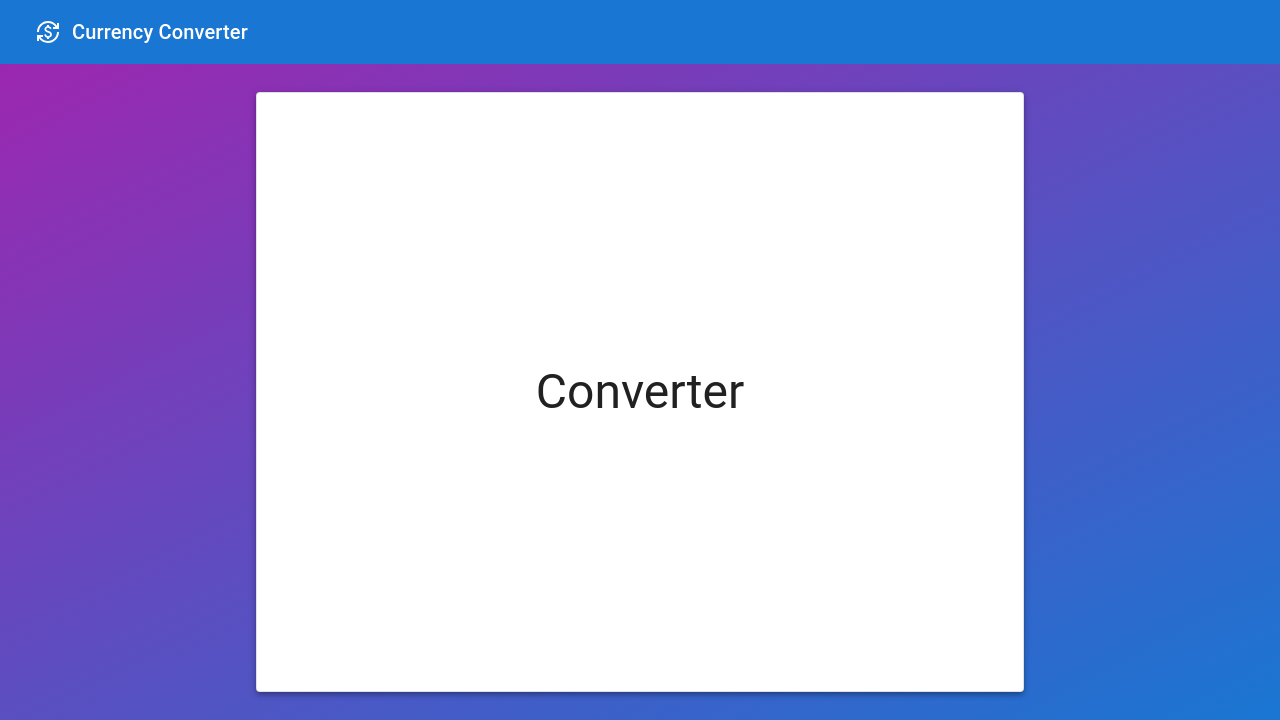
Repository: rutsguifd/currency-converter
Page: /
The author's editor kept a copy of each file at every save. The page is drawn from the files as they stood at one save, then again after the next save.
The browser window is 1280 px wide. The pictures show the whole page.
The project was rebuilt for these pictures with package versions that can differ from the ones it lists, and the page was loaded fresh each time. Also part of the build but not shown: src/components/ErrorBoundary.jsx.

Above is the page before, as saved 2023-03-27 23:46:46.

### src/index.js
import { CssBaseline } from "@mui/material";
import React from "react";
import ReactDOM from "react-dom/client";
import { Provider } from "react-redux";
import { BrowserRouter } from "react-router-dom";
import App from "./App";
import { setupStore } from "./store";

const store = setupStore();

const root = ReactDOM.createRoot(document.getElementById("root"));
root.render(
  <Provider store={store}>
    <BrowserRouter>
      <CssBaseline>
        <App />
      </CssBaseline>
    </BrowserRouter>
  </Provider>
);

### src/App.js
import AppRouter from "./router/AppRouter";

function App() {
  return (
    <>
      <AppRouter />
    </>
  );
}

export default App;

### src/store/index.js
import { combineReducers, configureStore } from "@reduxjs/toolkit";
import { ConverterAPI } from "./ConverterService";

const rootReducer = combineReducers({
  [ConverterAPI.reducerPath]: ConverterAPI.reducer,
});

export const setupStore = () => {
  return configureStore({
    reducer: rootReducer,
    middleware: (getDefaultMiddleware) =>
      getDefaultMiddleware().concat(ConverterAPI.middleware),
  });
};

### src/router/AppRouter.jsx
import React from "react";
import { Route, Routes } from "react-router-dom";
import ErrorBoundary from "../components/ErrorBoundary";
import HomePage from "../pages/HomePage";

const AppRouter = () => {
  return (
    <Routes>
      <Route path="/" element={<HomePage />} />
      <Route path="/error" element={<ErrorBoundary />} />
    </Routes>
  );
};

export default AppRouter;

### src/store/ConverterService.js
import { createApi, fetchBaseQuery } from "@reduxjs/toolkit/dist/query/react";

const BASE_URL = "https://api.apilayer.com/exchangerates_data/";

const BASE_QUERY = fetchBaseQuery({
  baseUrl: BASE_URL,
  prepareHeaders: (headers) => {
    headers.set("apikey", "3yTPGVUhUYyAGGgNkKb2MySzxmY4qcWi");
    return headers;
  },
});

export const ConverterAPI = createApi({
  reducerPath: "ConverterAPI",
  baseQuery: BASE_QUERY,
  tagTypes: ["ConverterAPI"],
  endpoints: (build) => ({
    getLatestCurrency: build.query({
      query: ({ symbols, base }) => `latest?symbols=${symbols}&base=${base}`,
    }),
  }),
});

### src/pages/HomePage.jsx
import React from "react";
import ConvertContainer from "../components/ConvertContainer";
import MainLayout from "../layout/MainLayout";

const HomePage = () => {
  return (
    <MainLayout>
      <ConvertContainer />
    </MainLayout>
  );
};

export default HomePage;

### src/components/ConvertContainer.jsx
import { Container, Paper, useTheme } from "@mui/material";
import React from "react";
import Convert from "./Convert";

const ConvertContainer = () => {
  const theme = useTheme();

  return (
    <Container
      maxWidth={false}
      disableGutters
      sx={{
        display: "flex",
        justifyContent: "center",
        alignItems: "center",
        minHeight: "calc(100vh - 64px)",
        background: `linear-gradient(to right bottom, ${theme.palette.secondary.main},  ${theme.palette.primary.main})`,
      }}
    >
      <Paper
        variant="outlined"
        sx={{
          p: 4,
          display: "flex",
          flexDirection: "column",
          alignItems: "center",
          justifyContent: "center",
          width: "60vw",
          minWidth: "400px",
          height: "60vh",
          minHeight: "600px",
          gap: 4,
          boxShadow: 4,
        }}
      >
        <Convert />
      </Paper>
    </Container>
  );
};

export default ConvertContainer;

### src/layout/MainLayout.jsx
import React from "react";
import Header from "../components/Header";

const MainLayout = ({ children }) => {
  return (
    <>
      <Header />
      {children}
    </>
  );
};

export default MainLayout;

### src/components/Convert.jsx
import { Box, Typography } from "@mui/material";
import React from "react";

const Convert = () => {
  return (
    <Box>
      <Typography variant="h3">Converter</Typography>
    </Box>
  );
};

export default Convert;

### src/components/Header.jsx
import {
  AppBar,
  Box,
  CircularProgress,
  IconButton,
  Toolbar,
  Typography,
} from "@mui/material";
import CurrencyExchangeIcon from "@mui/icons-material/CurrencyExchange";
import EuroSymbolIcon from "@mui/icons-material/EuroSymbol";
import AttachMoneyIcon from "@mui/icons-material/AttachMoney";
import React from "react";
import { ConverterAPI } from "../store/ConverterService";
import { useNavigate } from "react-router-dom";

const Header = () => {
  const navigate = useNavigate();

  //   const {
  //     data: USDData,
  //     error: USDError,
  //     isLoading: USDLoading,
  //   } = ConverterAPI.useGetLatestCurrencyQuery({
  //     symbols: "UAH",
  //     base: "USD",
  //   });
  //   const {
  //     data: EURData,
  //     error: EURError,
  //     isLoading: EURLoading,
  //   } = ConverterAPI.useGetLatestCurrencyQuery({
  //     symbols: "UAH",
  //     base: "EUR",
  //   });
  //   if (USDError || EURError) {
  //     return navigate("/error");
  //   }
  return (
    <Box sx={{ flexGrow: 1 }}>
      <AppBar position="static">
        <Toolbar>
          <IconButton size="large" color="inherit">
            <CurrencyExchangeIcon />
          </IconButton>
          <Typography variant="h6" component="div" sx={{ flexGrow: 1 }}>
            Currency Converter
          </Typography>
          {/* <Box margin={2} display="flex" flexDirection="row">
            <EuroSymbolIcon />
            {EURLoading ? (
              <CircularProgress />
            ) : (
              <Typography>{EURData.rates.UAH}</Typography>
            )}
          </Box>
          <Box margin={2} display="flex" flexDirection="row">
            <AttachMoneyIcon />
            {USDLoading ? (
              <CircularProgress />
            ) : (
              <Typography>{USDData.rates.UAH}</Typography>
            )}
          </Box> */}
        </Toolbar>
      </AppBar>
    </Box>
  );
};

export default Header;

Loaded but not shown: public/index.html (common file)

After the next save:
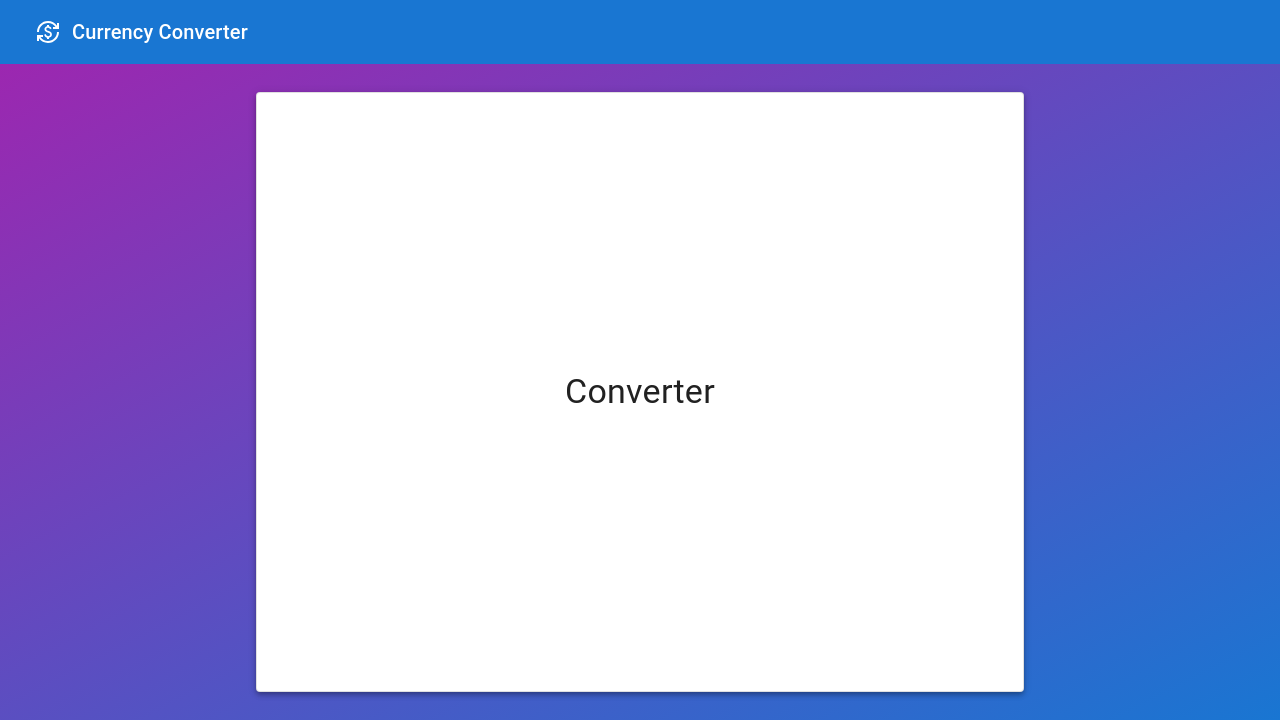
Saved 9 s later.
--- a/src/components/Convert.jsx
+++ b/src/components/Convert.jsx
@@ -4,7 +4,7 @@ import React from "react";
 const Convert = () => {
   return (
     <Box>
-      <Typography variant="h3">Converter</Typography>
+      <Typography variant="h4">Converter</Typography>
     </Box>
   );
 };
